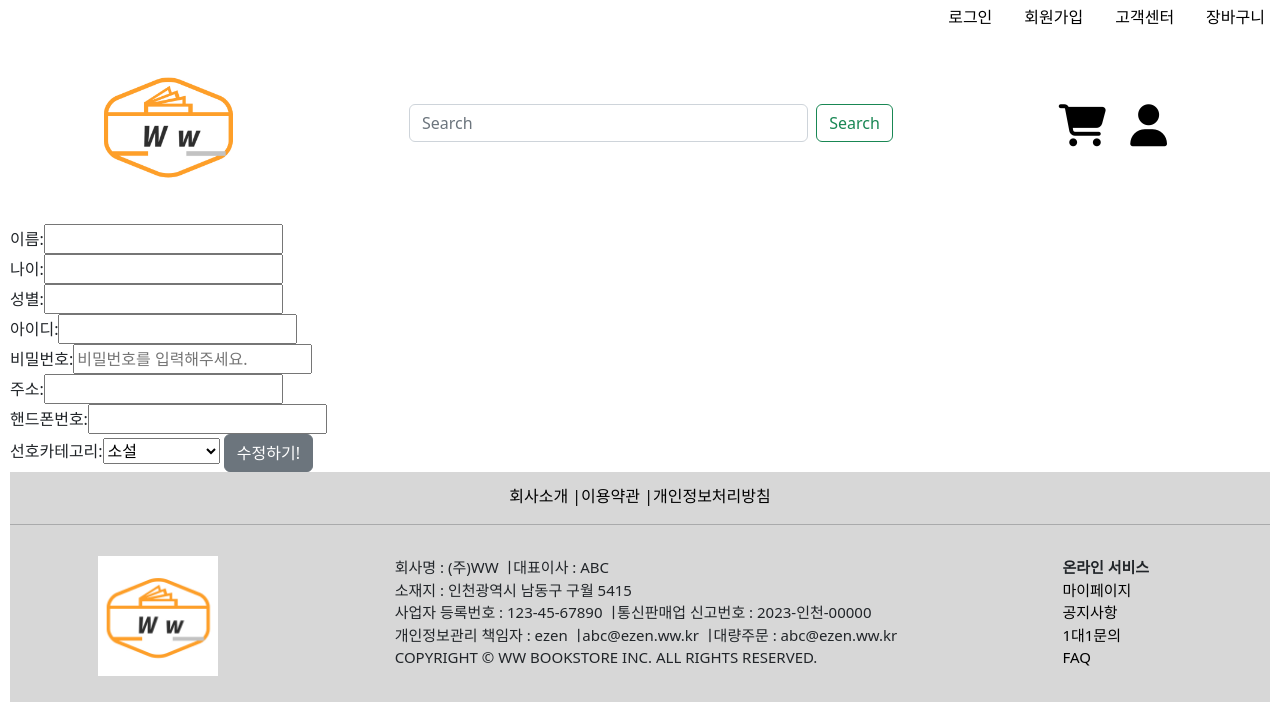
Repository: leehyeonung/project6
Page: http://localhost/book/WEB-INF/views/member/modify.jsp
The author's editor kept a copy of each file at every save. The page is drawn from the files as they stood at one save, then again after the next save.
The browser window is 1280 px wide. The pictures show the whole page.
Some web libraries are served in a nearby version. The page is served by Tomcat 9. Nobody is signed in. Other server files are loaded and not shown. The template is opened directly, without the code that normally fills it, so the values that code supplies are empty.

Above is the page before, as saved 2023-01-07 08:04:55.

### book/src/main/webapp/WEB-INF/views/member/modify.jsp
<%@ page language="java" contentType="text/html; charset=UTF-8"
    pageEncoding="UTF-8"%>
<%@ taglib uri="http://java.sun.com/jsp/jstl/core" prefix="c"%>
<!DOCTYPE html>
<html>

<head>

<meta charset="UTF-8">
<!-- CSS only -->
<link href="https://cdn.jsdelivr.net/npm/bootstrap@5.2.2/dist/css/bootstrap.min.css"
rel="stylesheet" integrity="sha384-Zenh87qX5JnK2Jl0vWa8Ck2rdkQ2Bzep5IDxbcnCeuOxjzrPF/et3URy9Bv1WTRi"
crossorigin="anonymous">
<script src="https://kit.fontawesome.com/92e616dfba.js" crossorigin="anonymous"></script>

<title>수정페이지</title>
<link rel="stylesheet" type="text/css" href="/resources/css/main.css">
<style type="text/css">
.pw_ok{
color:#008000;
display: none;
}

.pw_rewrite{
color:#ff0000;
display: none;
}

.pw_null{
color:#ff0000;
display: none;
}
</style>
</head>
<body>
<jsp:include page="../layout/header.jsp"></jsp:include>
<div class="main">
	<form action="/mem/modify" method="post">
		<input type="text" name="mem_num" value="${ses.mem_num}" hidden ><br>
		이름:<input type="text" name="mem_name" value="${ses.mem_name}" readonly ><br>
		나이:<input type="text" name="mem_age" value="${ses.mem_age}" readonly ><br>
		성별:<input type="text" name="mem_gender" value="${ses.mem_gender}" readonly ><br>
		아이디:<input type="text" name="mem_id" value="${ses.mem_id}" readonly ><br>
		비밀번호:<input type="password" name="mem_pw" id="mem_pw" onchange="checkPw()" placeholder="비밀번호를 입력해주세요." required >
		<span class="pw_ok"><i class="fa-solid fa-check"></i></span>
                           <span class="pw_rewrite"><i class="fa-solid fa-x"></i></span>
                           <span class="pw_null"><i class="fa-solid fa-x"></i></span><br>
		주소:<input type="text" name="mem_ad" value="${ses.mem_ad}" ><br>
		핸드폰번호:<input type="text" name="mem_cell_num" value="${ses.mem_cell_num}" ><br>
		선호카테고리:<select name="mno_cno">
			<option value="소설">소설</option>
			<option value="에쎄이">에쎼이</option>
			<option value="건강/취미">건강/취미</option>
			<option value="컴퓨터/모바일">컴퓨터/모바일</option>
			</select>

		<button type="submit" class="btn btn-secondary">수정하기!</button>
	</form>
	<script src="https://code.jquery.com/jquery-3.4.1.js"></script>
	<script type="text/javascript">
	   function checkPw(){
		   var mem_pw = document.getElementById('mem_pw').value; //id값이 "id"인 입력란의 값을 저장
		   console.log(mem_pw);
		   $.ajax({
		      url:'/mem/pwCheck', //Controller에서 요청 받을 주소
		      type:'post', //POST 방식으로 전달
		      data:{mem_pw:mem_pw},
		      success:function(isOk){ //컨트롤러에서 넘어온 isOK값을 받는다
		         if(isOk == 'pw_ok'){ //ok이면 가입 가능
		            $('.pw_ok').css("display","inline-block");
		            $('.pw_rewrite').css("display", "none"); //정규식 어긋나면
		            $('.pw_null').css("display", "none");
		         }else if(isOk =='pw_null'){//input이 null값임. 입력 요청
		            $('.pw_ok').css("display","none");
		            $('.pw_rewrite').css("display", "none");
		            $('.pw_null').css("display", "inline-block");
		         }
		         else { //중복일 경우
		            $('.pw_ok').css("display", "none");
		            $('.pw_rewrite').css("display","inline-block");
		            $('.pw_null').css("display", "none");
		            // alert("아이디를 다시 입력해주세요");
		            $('#mem_pw').val('');
		         }
		      },
		      error:function(request,status,error){
		      console.log("code:"+request.status+"\n"+"message:"+request.responseText+"\n"+"error:"+error);
		      }

		   });
		   };
	</script>
</div>
<jsp:include page="../layout/footer.jsp"></jsp:include>
</body>
</html>

### book/src/main/webapp/WEB-INF/views/layout/header.jsp
<%@ page language="java" contentType="text/html; charset=UTF-8"
    pageEncoding="UTF-8"%>
<%@ taglib uri="http://java.sun.com/jsp/jstl/core" prefix="c"%>
<!DOCTYPE html>
<html>
<head>
<meta charset="UTF-8">
<title>Insert title here</title>
<!-- CSS only -->
<link href="https://cdn.jsdelivr.net/npm/bootstrap@5.2.2/dist/css/bootstrap.min.css"
rel="stylesheet" integrity="sha384-Zenh87qX5JnK2Jl0vWa8Ck2rdkQ2Bzep5IDxbcnCeuOxjzrPF/et3URy9Bv1WTRi"
crossorigin="anonymous">
<link rel="stylesheet" type="text/css" href="/resources/css/header.css">
</head>
<body>
<div class="header">
    <div class="menu">
        <c:if test="${ses.mem_id ==null}">
        <ul><a href="/mem/loginPage">로그인</a></ul>
        <ul><a href="/mem/joinPage">회원가입</a></ul>
        </c:if>
        <c:if test="${ses.mem_id == 'admin' }">
        <ul><a href="/mem/logOut">로그아웃</a></ul>
        <ul><a href="/mem/adminpage">관리인페이지</a></ul>
        </c:if>
        <c:if test="${ses.mem_id !=null && ses.mem_id !='admin' }">
        <ul><a href="/mem/logOut">로그아웃</a></ul>
        <ul><a href="/mem/mypage">마이페이지</a></ul>
        </c:if>
        <ul><a href="#">고객센터</a></ul>
        <ul><a href="#">장바구니</a></ul>
    </div>
    <div class="bar">
       <div class="logo">
         <a href="/"><img src="/resources/image/logo.jpg" alt="로고"></a>
       </div>
         <div class="searchBar">
            <form class="d-flex" role="search">
                 <input class="form-control me-2" type="search" placeholder="Search" aria-label="Search">
                 <button class="btn btn-outline-success" type="submit">Search</button>
              </form>
         </div>
       <div class="icons">
         <a href=""><i class="fa-solid fa-cart-shopping"></i></a>
            <a href=""><i class="fa-solid fa-user"></i></a>
       </div>
    </div>
</div>
</body>
</html>

### book/src/main/webapp/WEB-INF/views/layout/footer.jsp
<%@ page language="java" contentType="text/html; charset=UTF-8"
   pageEncoding="UTF-8"%>
<!DOCTYPE html>
<html>
<head>
<meta charset="UTF-8">
<title>Insert title here</title>
<link rel="stylesheet" type="text/css" href="/resources/css/footer.css">

</head>

<body>
   <div class="footer">
      <div class="footer-top">
         <ul>
            <li><a href="/introduce">회사소개 | </a></li>
            <li><a href="">이용약관 | </a></li>
            <li><a href="">개인정보처리방침</a></li>
         </ul>
      </div>
      <hr>
      <div class="address">
         <div class="footer-logo">
            <img src="/resources/image/logo.jpg" alt="로고">
         </div>
         <div class="address-box">
            <ul>
               <li>회사명 : (주)WW <span style="margin-right: -7px;">ㅣ</span>
                  대표이사 : ABC
               </li>

               <li>소재지 : 인천광역시 남동구 구월 5415</li>
               <li>사업자 등록번호 : 123-45-67890 <span style="margin-right: -7px;">ㅣ</span>
                  통신판매업 신고번호 : 2023-인천-00000
               </li>

               <li>개인정보관리 책임자 : ezen <span style="margin-right: -7px;">ㅣ</span>
                  abc@ezen.ww.kr <span style="margin-right: -7px;">ㅣ</span> 대량주문 :
                  abc@ezen.ww.kr
               </li>

               <li>COPYRIGHT © WW BOOKSTORE INC. ALL RIGHTS RESERVED.</li>

            </ul>

         </div>
         <div class="online-serviceBar">
            <strong>온라인 서비스</strong>
            <ul>
               <li><a href="">마이페이지</a></li>
               <li><a href="">공지사항</a></li>
               <li><a href="">1대1문의</a></li>
               <li><a href="">FAQ</a></li>
            </ul>
         </div>
      </div>
   </div>

</body>
</html>

### book/src/main/webapp/resources/css/main.css
@charset "UTF-8";

.main{
	width:1260px;
	margin: 0 auto;
}

### book/src/main/webapp/resources/css/header.css
body{
    margin:0 auto;
}
.header{
	margin:0 auto;
    width: 1260px;
    height: 200px;
   /*  background-color: pink; */
}
.menu{
   display: flex;
   justify-content: flex-end;
   padding:5px;

}
.logo{
    width: 150px;
    height: 150px;
    background-color: blue;
}
.logo>a>img{
    width: 150px;
    height: 150px;
}
.searchBar{
   /* position:absolute; */
    width: 484px;
    height: 42px;
    /* background-color: gold; */
    margin-top:54px;
    border-radius: 30px;

}
.bar{

   height: 150px;
   display: flex;
   flex-direction: row;
   flex-wrap:nowrap;
   justify-content:space-around;
/*    align-items: baseline; */


}
i{
    font-size: 42px;
    color: black;
    margin-top:54px;
    margin-right: 20px;
}
</style>

### book/src/main/webapp/resources/css/footer.css
.footer {
   width: 1260px;
   height: 230px;
   background-color: rgba(175, 175, 175, 0.5);
   margin: 0 auto;
}

.footer-logo {

   width: 120px;
   height: 120px;
   background-color: beige;
}
.footer-logo>img{
   width: 120px;
   height: 120px;
}

.address-box {
   text-align: left;
   padding: 0;
   margin: 0;
}

.address {
   padding: 15px;
   height: 150px;
   display: flex;
   font-size: 15px;
   /* align-items: baseline; */
   flex-direction: row;
   flex-wrap: nowrap;
   justify-content: space-around;
}

ul {
   list-style: none;
}

.footer, .address li {

}

.footer-top {
   text-align: center;
   padding-top: 12px;
}

.footer-top>ul {
   margin: 0;
   padding: 0;
   display: flex;
   justify-content: center;
}

.footer-top>li {
   margin: 0;
   padding: 0;
}

a {
   text-decoration-line: none;
   color: black;
}

a:visited {
   text-decoration: none;
}

a:hover {
   text-decoration: none;
}

a:focus {
   text-decoration: none;
}

a:hover, a:active {
   text-decoration: none;
}

.online-serviceBar {
   padding: 0px;
   margin-left: 20px;
   width: 120px;
   height: 120px;
}

.online-serviceBar>ul {
   margin: 0px;
   padding: 0px;
}

</style>

After the next save:
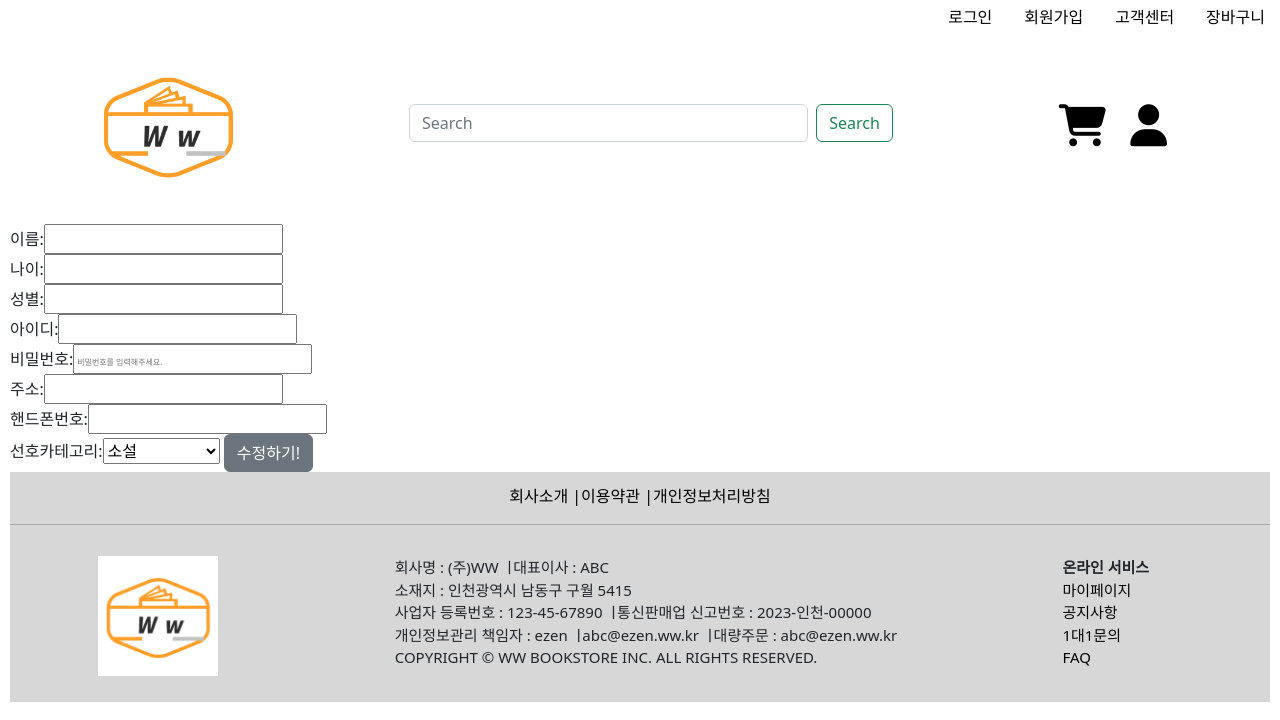
Saved 101 s later.
--- a/book/src/main/webapp/WEB-INF/views/member/modify.jsp
+++ b/book/src/main/webapp/WEB-INF/views/member/modify.jsp
@@ -29,6 +29,9 @@ display: none;
 .pw_null{
 color:#ff0000;
 display: none;
+}
+#mem_pw::placeholder{
+   font-size:8px;
 }
 </style>
 </head>
